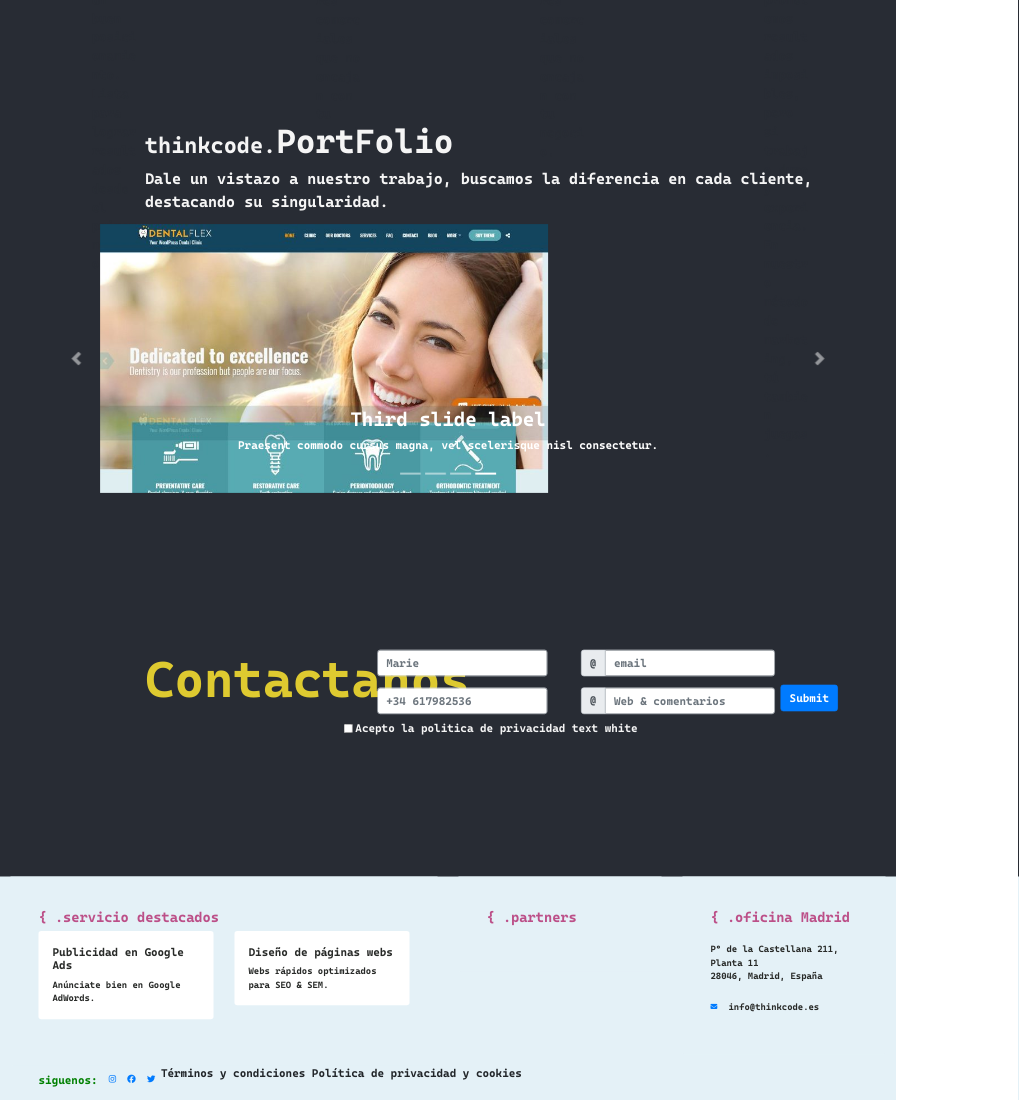
Repository: banchiec/thinkcode
Page: /
The author's editor kept a copy of each file at every save. The page is drawn from the files as they stood at one save, then again after the next save.
The browser window is 1280 px wide. The page is 1455 px wide, so the pictures cover 1455 px, including what lies to the right of the window. The pictures show the part of the page from y = 2063 to 3743 px (the page is 3635 px tall before and 3743 px after), at 70% of full size.
Some web libraries are served in a nearby version. The project was rebuilt for these pictures with package versions that can differ from the ones it lists, and the page was loaded fresh each time. A package was used in the major version that the imports need, not the one package.json lists. Also part of the build but not shown: src/components/MenuItems.js, src/components/Dropdownthink.css, src/components/Dropdownthink.js, src/components/pages/Consulting.js, src/components/pages/ContactUs.js, src/components/pages/Marketing.js, src/components/pages/Products.js, src/components/pages/Services.js and 1 more. Imported but missing from the stored project, and not drawn on this page: src/components/sliderInfo/SliderInfo.

Above is the page before, as saved 2020-11-30 15:31:42.

### public/index.html
<!DOCTYPE html>
<html lang="en">
  <head>
    <meta charset="utf-8" />
    <link rel="icon" href="%PUBLIC_URL%/favicon.ico" />
    <meta name="viewport" content="width=device-width, initial-scale=1" />
    <meta name="theme-color" content="#000000" />
    <meta
      name="description"
      content="Web site created using create-react-app"
    />
    <link rel="apple-touch-icon" href="%PUBLIC_URL%/logo192.png" />

    <!-- fontawesome -->
    <script src="https://kit.fontawesome.com/e7a02c1b14.js" crossorigin="anonymous"></script>
    <!-- jquery -->
    <script src="https://code.jquery.com/jquery-2-2.0.min.js"></script>
    <!--
      manifest.json provides metadata used when your web app is installed on a
      user's mobile device or desktop. See https://developers.google.com/web/fundamentals/web-app-manifest/
    -->
    <link rel="manifest" href="%PUBLIC_URL%/manifest.json" />
    <!--
      Notice the use of %PUBLIC_URL% in the tags above.
      It will be replaced with the URL of the `public` folder during the build.
      Only files inside the `public` folder can be referenced from the HTML.

      Unlike "/favicon.ico" or "favicon.ico", "%PUBLIC_URL%/favicon.ico" will
      work correctly both with client-side routing and a non-root public URL.
      Learn how to configure a non-root public URL by running `npm run build`.
    -->
    <title>React App</title>
  </head>
  <body>
    <noscript>You need to enable JavaScript to run this app.</noscript>
    <div id="root"></div>
    <!--
      This HTML file is a template.
      If you open it directly in the browser, you will see an empty page.

      You can add webfonts, meta tags, or analytics to this file.
      The build step will place the bundled scripts into the <body> tag.

      To begin the development, run `npm start` or `yarn start`.
      To create a production bundle, use `npm run build` or `yarn build`.
    -->


  </body>
</html>

### src/index.css
body {
  margin: 0;
  font-family: -apple-system, BlinkMacSystemFont, 'Segoe UI', 'Roboto', 'Oxygen',
    'Ubuntu', 'Cantarell', 'Fira Sans', 'Droid Sans', 'Helvetica Neue',
    sans-serif;
  -webkit-font-smoothing: antialiased;
  -moz-osx-font-smoothing: grayscale;
}

code {
  font-family: source-code-pro, Menlo, Monaco, Consolas, 'Courier New',
    monospace;
}
@font-face{
  font-family: 'CascadiaCode-Bold';
  src: local('CascadiaCode-Bold'), url(./fonts/CascadiaCode-Bold.ttf)
}

### src/App.js
import './App.css';
// import logo_thinkcode from './logo_thinkcode.png'
import React, {} from 'react'
import 'animate.css'
import Navbarthink from './components/Navbarthink'
import InfoSection from './components/infoSection/InfoSection'
import Pricing from './components/pricing/Pricing'
import Footer from './components/footer/Footer'
import Slide from './components/slide/Slide'
import FormContact from './components/forms/FormContact'
import {BrowserRouter as Router, Switch, Route} from 'react-router-dom'


// import Button  from 'react-bootstrap/Button'
// import 'bootstrap/dist/css/bootstrap.min.css'

// import {Navbar,Button, Nav , NavLink} from 'react-bootstrap'

import Consulting from './components/pages/Consulting'
import ContactUs from './components/pages/ContactUs'
import Home from './components/pages/Home'
import Marketing from './components/pages/Marketing'
import Products from './components/pages/Products'
import Services from './components/pages/Services'
import SignUp from './components/pages/SignUp'
// import InfoSection from './components/infoSection/InfoSection';

function App() {

  // const [click, setClick] = useState(false)
  // const [dropdown, setDropdown] = useState(false)




  return (
    <div className="App">
      <Router>
        <Navbarthink/>
        <Switch>
          <Route path='/consulting' exact component ={Consulting}></Route>
          <Route path='/contact-us' exact component ={ContactUs}></Route>
          <Route path='/' exact component ={Home}></Route>
          <Route path='/marketing' exact component ={Marketing}></Route>
          <Route path='/products' exact component ={Products}></Route>
          <Route path='/services' exact component ={Services}></Route>
          <Route path='/sign-up' exact component ={SignUp}></Route>
        </Switch>
        <InfoSection></InfoSection>
        <Pricing></Pricing>
        <Slide/>
        <FormContact></FormContact>
        <Footer/>
      </Router>

    </div>
  );
}

export default App;

### src/App.css
*{
  box-sizing: border-box;
  margin: 0;
  padding: 0;
  font-family: CascadiaCode-Bold;
  /* background: #282c34 ; */
  /* background: linear-gradient(90deg, rgb(76, 80, 88) 100%, rgb(8, 8, 9) 0%); */
}

.App {
  text-align: center;
  background: #282c34 ;
}

.App-logo {
  height: 40vmin;
  pointer-events: none;
}

.home, .services, .products,.contact-us,.sign-up, .marketing, .consulting{
  display: flex;
  height: 90vh;
  align-items: center;
  justify-content: center;
  font-size: 3rem;
}





@media (prefers-reduced-motion: no-preference) {
  .App-logo {
    animation: App-logo-spin infinite 20s linear;
  }
}

.App-header {
  background-color: #282c34;
  min-height: 100vh;
  display: flex;
  flex-direction: column;
  align-items: center;
  justify-content: center;
  font-size: calc(10px + 2vmin);
  color: white;
}

.App-link {
  color: #61dafb;
}

@keyframes App-logo-spin {
  from {
    transform: rotate(0deg);
  }
  to {
    transform: rotate(360deg);
  }
}

### src/components/Navbarthink.js
import React, { useState} from 'react'
import logo_thinkcode from '../images/logo_thinkcode.png'
// import logo_thinkcode from '../images/logo_thinkcode.png'
import { Buttonthink} from './Buttonthink'
import {Link} from 'react-router-dom'
import './Navbarthink.css'
import Dropdownthink from './Dropdownthink'

export default function Navbarthink(){
    const [click, setClick] = useState(false)
    const [dropdown, setDropdown] = useState(false)

    const handleClick = () => setClick(!click)
    const closeMobileMenu = () => setClick(false)

    const onMouseEnter = () =>{
        if(window.innerWidth < 960) {
        setDropdown(false)
        } else {
        setDropdown(true)
        }
    }
    const onMouseLeave = () =>{
        if(window.innerWidth < 960) {
        setDropdown(false)
        } else {
        setDropdown(false)
        }
    }

    return(
        <>
            <nav className="navbarthink">
                <Link to='/' className="navbar-logo">
                    {/* thinkcode */}
                    <img alt="" src={logo_thinkcode} width="300" height="40"></img>
                </Link>
                <div className='menu-icon' onClick={handleClick}>
                    <i className={click ? 'fas fa-times' : 'fas fa-bars'}
                    />
                </div>
                <ul className={ click ? 'nav-menu active' : 'nav-menu'}>

                    <li className='nav-item'>
                        <Link to='/' className='nav-links' onClick={closeMobileMenu}>
                            Home
                        </Link>
                    </li>
                    <li className='nav-item'
                        onMouseEnter={onMouseEnter}
                        onMouseLeave={onMouseLeave}
                        // onClick={handleClick}
                        >
                        <Link to='/services' className='nav-links' onClick={closeMobileMenu}>
                           Services
                           <i className='fas fa-caret-down' />
                        </Link>
                        {dropdown && <Dropdownthink/>}
                    </li>
                    <li className='nav-item'>
                        <Link to='/products' className='nav-links' onClick={closeMobileMenu}>
                            Products
                        </Link>
                    </li>
                    <li className='nav-item'>
                        <Link to='/contact-us' className='nav-links' onClick={closeMobileMenu}>
                           Contact Us
                        </Link>
                    </li>
                    <li className='nav-item'>
                        <Link to='/sign-up' className='nav-links-mobile' onClick={closeMobileMenu}>
                           Sign up
                        </Link>
                    </li>

                </ul>
                <Buttonthink />
            </nav>
        </>
    )

}

### src/components/infoSection/InfoSection.js
import React from 'react'
// import {AlltextInfoSection} from './AlltextInfoSection'
import imagensvg3 from '../../images/imagensvg3.svg'
import 'bootstrap/dist/css/bootstrap.min.css'
import './infoSection.css'
import {Col, Container,Row,} from 'react-bootstrap'

export default function InfoSection() {

    return (
            <Container fluid  className="content-infoSection">
                <Row>
                    {
                        // AlltextInfoSection.map((item,index) => {
                        //     return (
                        //         <Row>
                        //         <Col  md={6} lg={6} >
                        //             {/* <h1 key={index}>{item.firstTitle}</h1> */}
                        //             <div className="content-text-infoSection">
                        //                 <h2 >{item.firstTitle}<span className="text-title-infoSection animate__animated animate__fadeInLeft animate__delay-1s">{item.secundTitle}</span></h2>
                        //                 <p className="text-infoSection">{item.text}</p>
                        //             </div>
                        //         </Col>
                        //         <Col  md={6} lg={6}  >
                        //             <img  className="imagensvg-infoSection" alt="" src={imagensvg3}></img>
                        //         </Col>
                        //         </Row>
                        //     )
                        // })
                    }

                    <Col  md={6} lg={6} >
                        <div className="content-text-infoSection">
                            <h2 >thinkcode.<span className="text-title-infoSection animate__animated animate__fadeInLeft animate__delay-1s">developers</span></h2>
                            <p className="text-infoSection">Diseño y desarrollo de aplicaciones y páginas web para tu negocio o proyecto.
                            Disfrutamos mucho con lo que hacemos, compruébalo.</p>
                        </div>
                    </Col>
                    <Col  md={6} lg={6}  >
                        <img  className="imagensvg-infoSection" alt="" src={imagensvg3}></img>
                    </Col>

                </Row>

            </Container >
            // <Container fluid  className="content-infoSection">
            //     <Row>
            //         <Col  md={6} lg={6} >
            //             <div className="content-text-infoSection">
            //                 <h2 >thinkcode.<span className="text-title-infoSection animate__animated animate__fadeInLeft animate__delay-1s">developers</span></h2>
            //                 <p className="text-infoSection">Diseño y desarrollo de aplicaciones y páginas web para tu negocio o proyecto.
            //                 Disfrutamos mucho con lo que hacemos, compruébalo.</p>
            //             </div>
            //         </Col>
            //         <Col  md={6} lg={6}  >
            //             <img  className="imagensvg-infoSection" alt="" src={imagensvg3}></img>
            //         </Col>

            //     </Row>

            // </Container >
    )
}

### src/components/pages/Home.js
import React,{useEffect} from 'react'
import '../sliderInfo/SliderInfo'

export default function Home() {

    useEffect(()=>{
    })
    return (
        <div>
            {/* <InfoSection></InfoSection> */}
            {/* <Pricing></Pricing> */}
            {/* <Slide/> */}
            {/* <Footer/> */}

           {/* <h1 className='consulting' >Thinkcode</h1> */}
        </div>
    )
}

### src/components/Buttonthink.js
import React  from 'react'
import './Buttonthink.css'
import {Link} from 'react-router-dom'

export function Buttonthink() {
        return (
            <Link to ='sing-up'>
               <button className='btnthink'>Sign think </button>
            </Link>
        )
}

### src/components/Navbarthink.css
.navbarthink{
  /* background: linear-gradient(9deg, rgb(66, 80, 88) 0%, rgb(8, 8, 9) 100%); */
  background: #282c34;

  height: 80px;
  display: flex;
  justify-content: center;
  align-items: center;
  font-size: 1.2rem;
}

.navbar-logo {
  color: #fff;
  justify-self: start;
  margin-left: 40px;
  cursor: pointer;
  text-decoration: none;
}

.fa-firstdraft {
  margin-left: 0.5rem;
  font-size: 1.6rem;
}

.nav-menu {
  display: grid;
  grid-template-columns: repeat(5, auto);
  grid-gap: 10px;
  list-style: none;
  text-align: center;
  width: 70vw;
  justify-content: end;
  margin-right: 2rem;
}

.nav-item {
  display: flex;
  align-items: center;
  height: 80px;
}

.nav-links {
  color: white;
  text-decoration: none;
  padding: 0.5rem 1rem;
}

.nav-links:hover {
  background-color: #1888ff;
  border-radius: 4px;
  transition: all 0.2s ease-out;
}

.fa-bars {
  color: #fff;
}

.nav-links-mobile {
  display: none;
}

.menu-icon {
  display: none;
}

@media screen and (max-width: 960px) {
  /* .text-propuesta {
    margin-top: 12rem;
  } */

  .fa-caret-down {
    display: none;
  }
  .NavbarItems {
    position: relative;
  }

  .nav-menu {
    display: flex;
    flex-direction: column;
    width: 100%;
    height: 90vh;
    position: absolute;
    top: 80px;
    left: -100%;
    opacity: 1;
    transition: all 0.9s ease;
  }

  .nav-menu.active {
    background: #2a2c30;
    left: 0;
    opacity: 1;
    transition: all 0.5s ease;
    z-index: 1;
  }

  .nav-links {
    text-align: center;
    padding: 2rem;
    width: 100%;
    display: table;
  }

  .nav-links:hover {
    background-color: #1888ff;
    border-radius: 0;
  }

  .navbar-logo {
    position: absolute;
    top: 0;
    left: 0;
    transform: translate(25%, 50%);
  }

  .menu-icon {
    display: block;
    position: absolute;
    top: 0;
    right: 0;
    transform: translate(-100%, 60%);
    font-size: 1.8rem;
    cursor: pointer;
  }

  .fa-times {
    color: #fff;
    font-size: 2rem;
  }

  .nav-links-mobile {
    display: block;
    text-align: center;
    padding: 1.5rem;
    margin: 2rem auto;
    border-radius: 4px;
    width: 80%;
    background: #1888ff;
    text-decoration: none;
    color: #fff;
    font-size: 1.5rem;
  }

  .nav-links-mobile:hover {
    background: #fff;
    color: #1888ff;
    transition: 250ms;
  }

  button {
    display: none;
  }
}

### src/components/infoSection/infoSection.css
.content-infoSection {
    /* padding: 0; */
    margin-top: 150px;
    background: #282c34 ;
    height: 700px;
    /* border: 1px solid rebeccapurple; */
}
.content-text-infoSection {
    margin-left: 12rem;
    margin-top: 8rem;
    text-align: start;
    /* border: 0; */
    /* padding: 0; */
    /* border: 1px solid whitesmoke; */
    color: whitesmoke;
}
.imagensvg-infoSection {
    padding: 0;
    /* border-right: 5px; */
    width: 800px;

}
.text-title-infoSection{
    font-size: 3rem;
    /* size: 12px; */
}
.text-infoSection {
    font-size: 22px;
}
@media screen and (max-width: 960px) {
    .content-infoSection {
        margin-top: 0px;
    }
    .text-infoSection{
        margin-top: 3rem;
        margin-left: 1rem;
        margin-right: 1rem;
    }
    .imagensvg-infoSection{
        margin-top: 5rem;
        width: 500px;
    }
    .content-text-infoSection {
        margin-left: 1rem;
    }
    .text-propuesta {
        margin-top: 15rem;
    }

}

### src/components/pricing/Pricing.css
.container-pricing {
    /* background-color: whitesmoke; */
    /* border: 1px solid white; */
    /* height:  800px; */
    background: linear-gradient(90deg, rgb(76, 80, 88) 100%, rgb(66, 66 66) 0%);
    /* z-index: -1; */
}
.container-card{
    padding-top: 4rem;
    align-content: center;
    padding: auto;
    text-align: start;
    /* height: 600px; */
    /* background-color: violet; */
    /* color: transparent; */
}
.card-pricing {
    /* width: 34rem; */
    margin-left: 5rem;
    background: #deca30;
    /* background: #3b4454; */
    /* background: linear-gradient(90deg, rgb(224, 242, 241) 0%, rgb(255, 255, 255) 100%); */
    margin-right: 3rem;
    height: 52rem;
}
.card-left {
    margin-top: 4rem;
}
.card-right {
    margin-top: 4rem;
}
.card-button {
    /* margin-top: 3rem; */
    /* margin-left: 13rem; */
    position: absolute;
    right: 13px;
    bottom: 18px;
    color: whitesmoke;
}
.text-card {
    padding-top: 1.5rem;
    padding-left: 1rem;
    padding-right: 2.5rem;
    color: #282c34;
    font-size: 18px;
}
.image-pricing {
    height: 15rem;
    width: 80%;
    align-self: center;
}
.title-card {
    /* padding-top: 0.2rem; */
    padding-left: 1rem;
    color: #282c34;
    font-size: 28px;
}
.text-propuesta {
    margin: 0 0.5rem;
    animation: bounce;
    animation-duration: 2s;
    color: whitesmoke;
    font-size: 3rem;
}

@media screen and (max-width: 960px){
    .text-propuesta{
        margin-top: 12rem;
    }
}

### src/components/footer/Footer.css
.container-footer {
    border: 0;
    /* padding: 0; */
    /* border: 1px solid green; */
    height: auto;
    background: #e4f1f7;
}
.card{
    /* padding-bottom: 22px; */
    border: 0;
    /* background: white; */
    text-align: left;
    font-size: small;
    width: auto;
    /* background: #deca30; */
}
.card-footer {
    padding-top: 10px;
    padding-bottom: 22px;
    border: 0;
    color: #282a28;
    background: #e4f1f7;
}
.text-card-footer  {
    padding: 0;
    margin-top: 1.5rem;
    font-size: small;
    text-align: start;
}
.title-footer{
    text-align: left;
    font-size: medium;
}
.title-card-footer {
    margin-top: 1rem;
    text-align: left;
    color: #bc4f88;
}
.pin-ic{
    margin-top: 12px;
    margin: 8px;
    position:center;
}

.pin-ic-enveloped{
    margin-top: 12px;
    /* margin: 8px; */
    margin-right: 1rem;
    position:center;
}
.iconos-redes-sociales{
    position: relative;
    margin-left: 2.5rem;
}
.text-siguenos{
    margin-top: 10px;
    margin-right: 8px;
    color: green;

}

### src/components/slide/Slide.css
.container-slider {
    margin-top: 10rem;
    border-top: 5rem;
    margin-bottom: 5rem;
}
.d-block {
    margin-left: 8rem;
    width: 40rem;
    height: 24rem;
    /* border:1px solid green; */
}

.container-secundary-slider .d-block {
    width: 20rem;
    height: 12rem;
    margin-left: 2rem;


}
.carousel-large {
    width: 100%;
}
@media screen and (max-width: 960px) {
    .d-block {
        margin-left: auto;
    }

}

### src/components/forms/FormContact.css
.container-formContact {
    /* border:1px solid green; */
    /* background:  ; */
}
.container-form {
    /* border:1px solid green; */
    /* margin: 5rem; */
    margin-top: 5rem;
    margin-bottom: 8rem;
    padding: 4rem;

    /* margin-left: 10rem; */
}
.text-contactanos {
    /* border: 1px solid green; */
    padding: 4rem;
    /* margin-right: 10rem ; */
    margin-left: 8rem;
    margin-top: 5rem;
    font-size: 4rem;
    color: #deca30;


}
.form-inline {
    margin-right: 0;
}
.check-conditions {
    margin-left: 0;
    color: whitesmoke;

}

### src/components/Buttonthink.css
:root{
    --primary: #1888ff;
}
.btnthink{
    padding: 8px 20px;
    border-radius: 4px;
    outline: none;
    border: none;
    font-size: 18px;
    color: #fff;
    cursor: pointer;
    background-color: var(--primary);
}
.btnthink:hover {
    padding: 6px 18px;
    transition: all 1.5s ease-out;
    background-color: transparent;
    color: #2a2a2a;
    border-radius: 4px;
    border: 2px solid var(--primary)
}

Loaded but not shown: src/index.js (common file); src/components/footer/Footer.js (102 lines, source omitted); src/components/pricing/Pricing.js (84 lines, source omitted); src/components/slide/Slide.js (84 lines, source omitted); src/components/forms/FormContact.js (72 lines, source omitted)

After the next save:
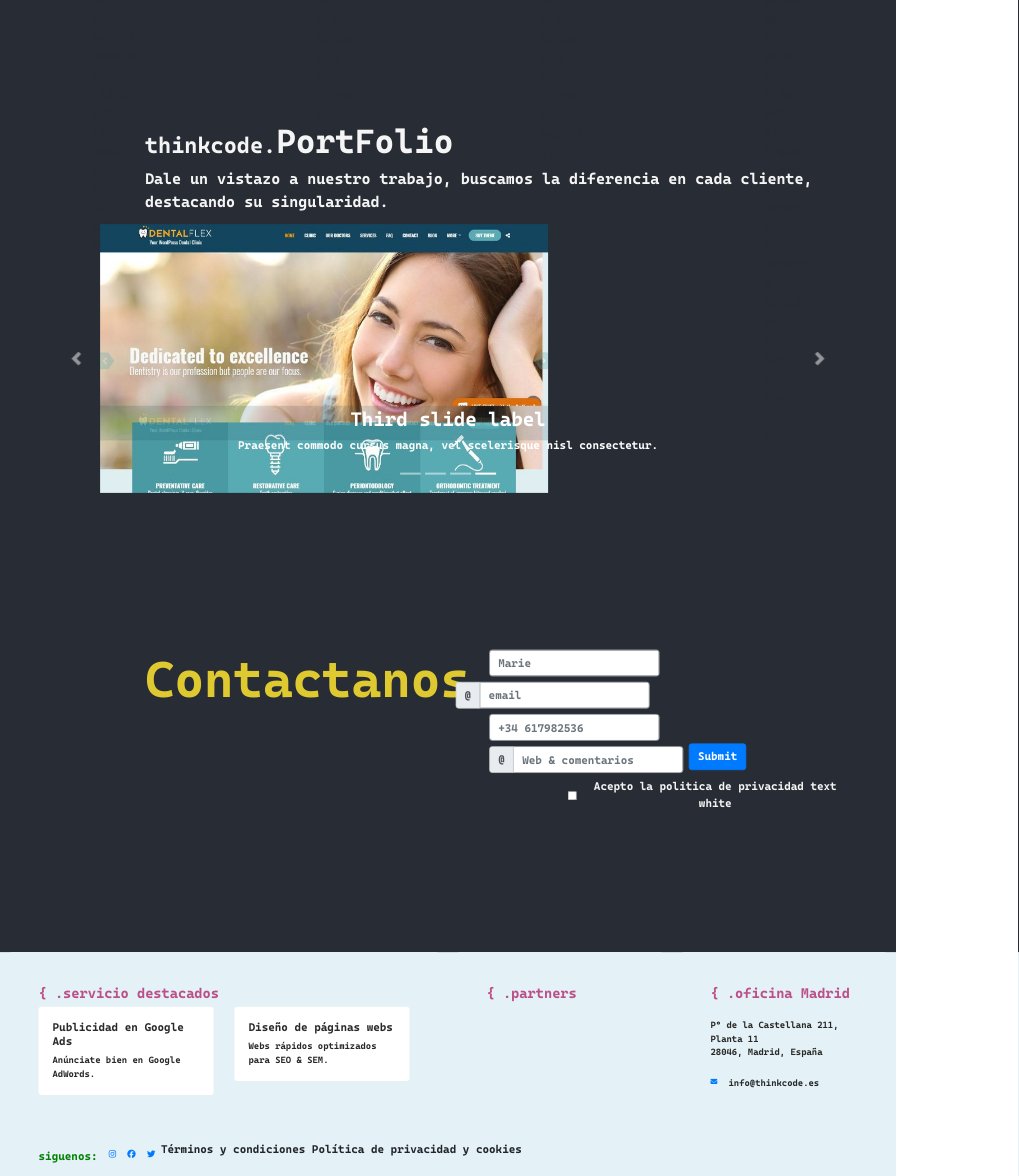
Saved 8 s later.
--- a/src/components/forms/FormContact.css
+++ b/src/components/forms/FormContact.css
@@ -23,7 +23,7 @@
 
 }
 .form-inline {
-    margin-right: 0;
+    margin-left: 10rem;
 }
 .check-conditions {
     margin-left: 0;
